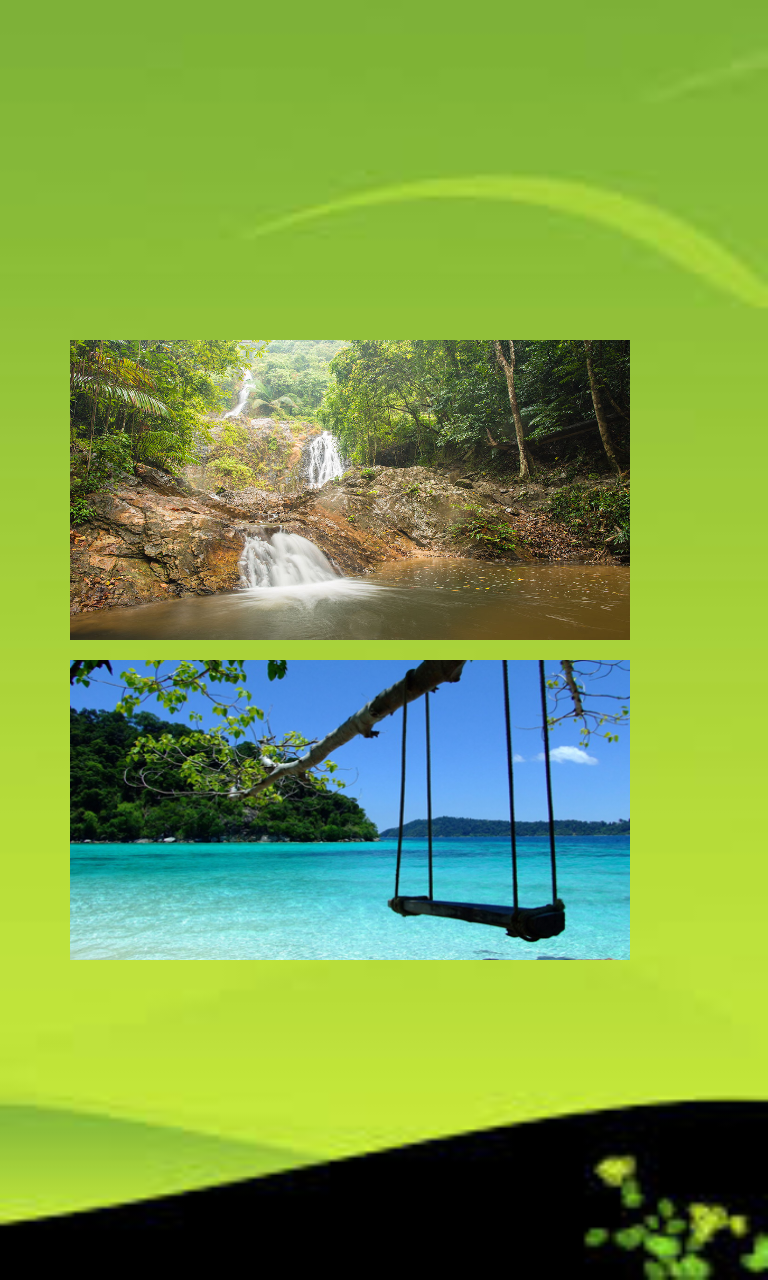
Repository: SettawutSomboon/SouthNationalPark
Layout: SouthNationalParkTravel/SouthNationalPark/res/layout/category_con.xml
The author's editor kept a copy of each file at every save. The layout is drawn from the files as they stood at one save, then again after the next save.
It is drawn on a 768 x 1280 px phone screen (xhdpi) without system bars, with theme AppTheme; the app's code is not run.

Above is the layout before, as saved 2015-03-02 17:45:03.

After the next save:
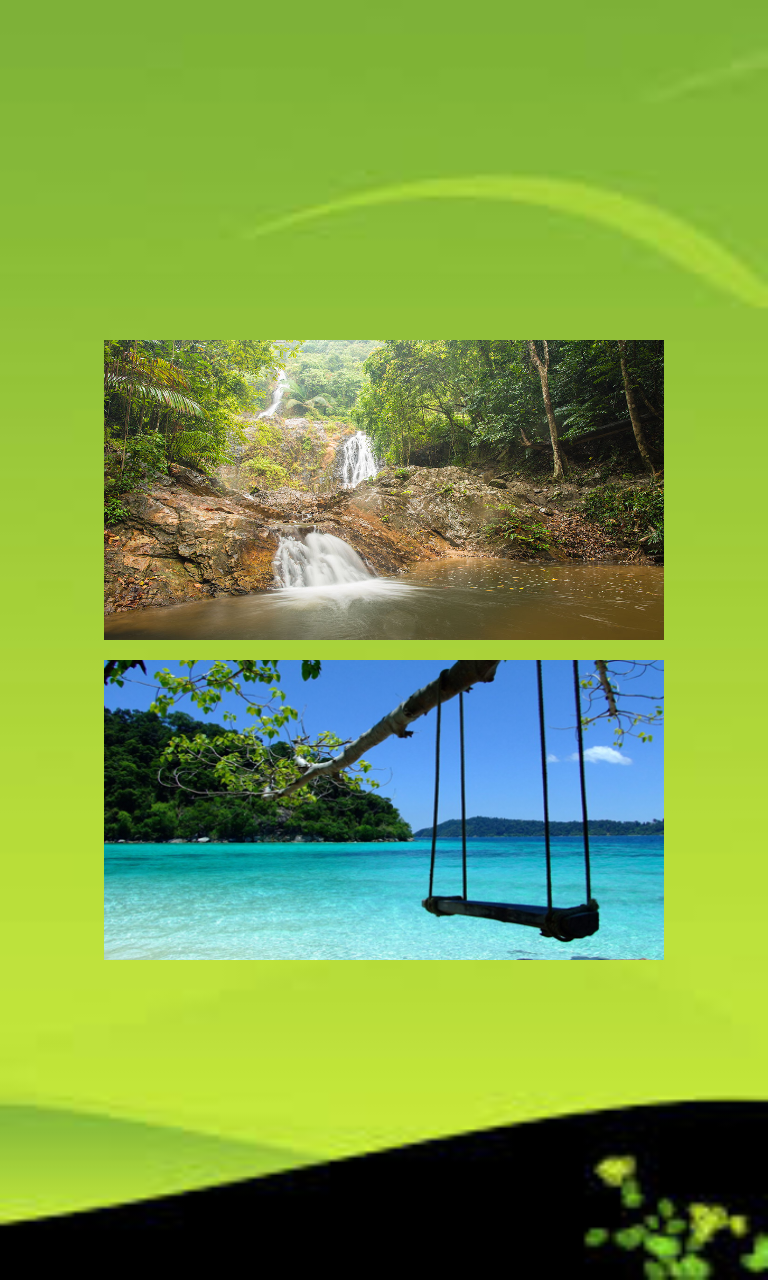
Saved 2 min 52 s later.
--- a/SouthNationalParkTravel/SouthNationalPark/res/layout/category_con.xml
+++ b/SouthNationalParkTravel/SouthNationalPark/res/layout/category_con.xml
@@ -9,8 +9,8 @@
         android:id="@+id/li"
         android:layout_width="match_parent"
         android:layout_height="wrap_content"
-        android:layout_marginLeft="25dp"
         android:orientation="vertical"
+    android:gravity="center"
         android:layout_centerVertical="true">
 
 
